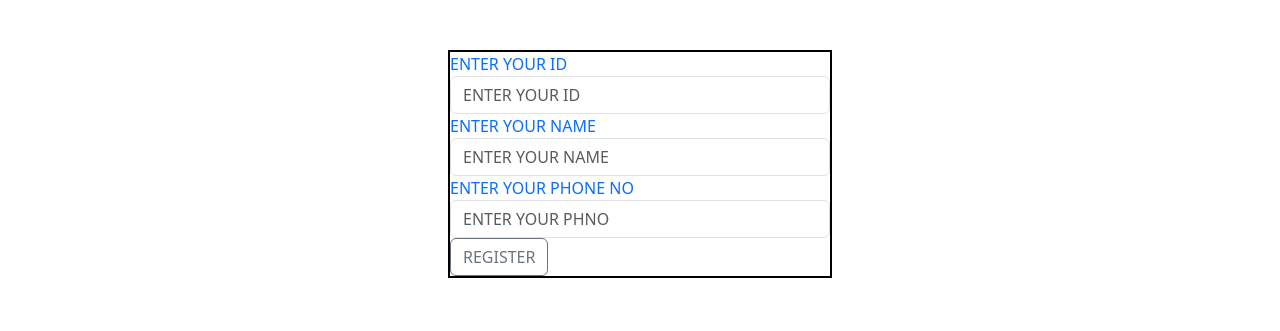
Repository: arindamslt/JEECoding
Page: JEE_FRONTEND/src/main/webapp/04BootstrapForm.html
These files come from the project's save history. The page is drawn as it stood at one moment and after the next save; the edit follows.
The browser window is 1280 px wide. The pictures show the whole page.

Above is the page before, as saved 2025-07-17 05:15:39.

### JEE_FRONTEND/src/main/webapp/04BootstrapForm.html
<!DOCTYPE html>
<html>
<head>
<meta charset="ISO-8859-1">
<title>BOOTSTRAP FORM DESIGN</title>
<link href="https://cdn.jsdelivr.net/npm/bootstrap@5.3.3/dist/css/bootstrap.min.css" rel="stylesheet" integrity="sha384-QWTKZyjpPEjISv5WaRU9OFeRpok6YctnYmDr5pNlyT2bRjXh0JMhjY6hW+ALEwIH" crossorigin="anonymous">

</head>
<body>
<div style="width: 30%;margin:50px auto;border:2px solid black" >
	<label class="text-primary">ENTER YOUR ID</label>
	<input type="text" class="form-control" name="id" placeholder="ENTER YOUR ID"/>
	<label class="text-primary">ENTER YOUR NAME</label>
	<input type="text" class="form-control" name="nm" placeholder="ENTER YOUR NAME"/>
	<label class="text-primary">ENTER YOUR PHONE NO</label>
	<input type="text" class="form-control" name="phno" placeholder="ENTER YOUR PHNO"/>
	<button class="btn btn-outline-secondary">REGISTER</button>
</div>
</body>
</html>

After the next save:
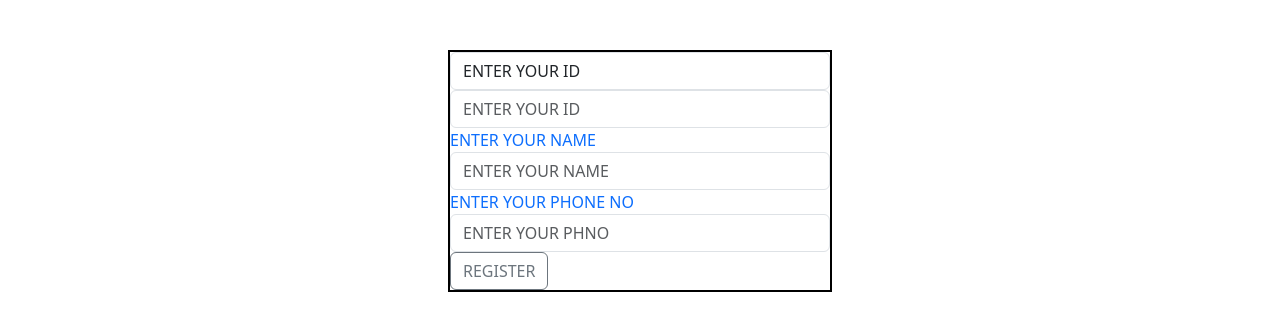
Saved 33 s later.
--- a/JEE_FRONTEND/src/main/webapp/04BootstrapForm.html
+++ b/JEE_FRONTEND/src/main/webapp/04BootstrapForm.html
@@ -8,7 +8,7 @@
 </head>
 <body>
 <div style="width: 30%;margin:50px auto;border:2px solid black" >
-	<label class="text-primary">ENTER YOUR ID</label>
+	<label class="form-control">ENTER YOUR ID</label>
 	<input type="text" class="form-control" name="id" placeholder="ENTER YOUR ID"/>
 	<label class="text-primary">ENTER YOUR NAME</label>
 	<input type="text" class="form-control" name="nm" placeholder="ENTER YOUR NAME"/>
